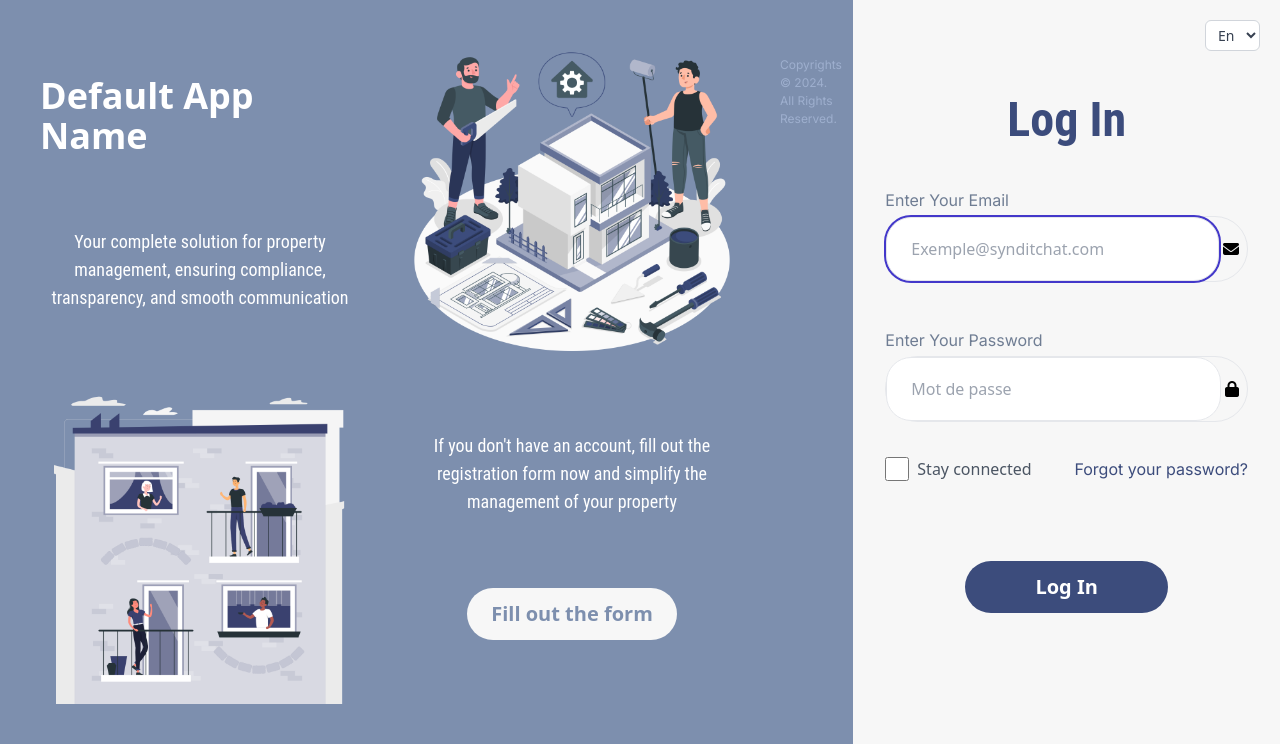
Repository: idir2023/Syndicat-amine
Page: http://localhost/
An editor plug-in stored every save of this project. The page is shown before and after the next save, followed by the edit.
The browser window is 1280 px wide. The pictures show the whole page.
Some web libraries are served in a nearby version. The page is served by the project's Laravel application, run on PHP 8.4 with Laravel 12. Queries for data that is not in the repository find no rows.

Above is the page before, as saved 2024-10-13 11:28:08.

After the next save:
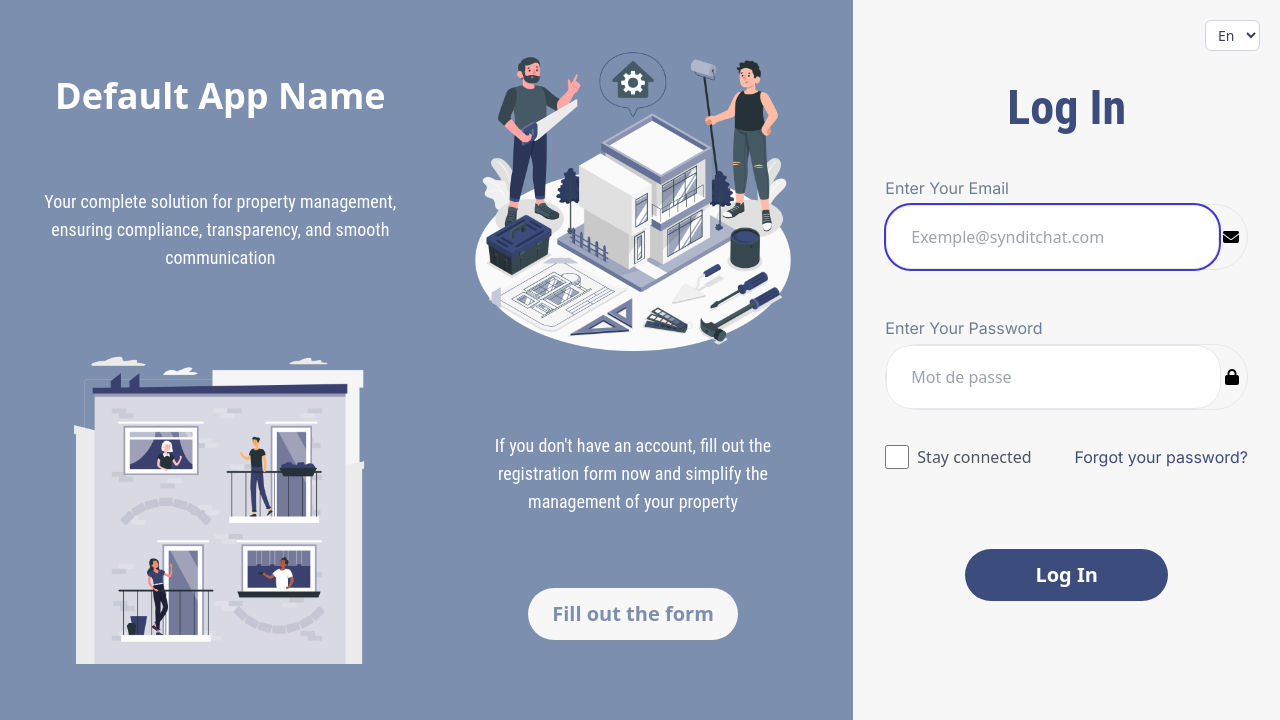
Saved 3 min 25 s later.
--- a/resources/views/auth/connect.blade.php
+++ b/resources/views/auth/connect.blade.php
@@ -52,47 +52,7 @@
                     <a href="{{ route('formRegister') }}"> {{ __('Remplir le formulaire') }}</a>
                 </button>
             </div>
-            <div class="w-full flex flex-row justify-between mt-6">
-                <div class="m-4 inline-block break-words font-['Inter'] font-normal text-[12px] text-[#9EAFCE]">
-                    @if(!empty($appParameters->copyright))
-                        Copyrights © {{ $appParameters->copyright }}. All Rights Reserved.
-                    @else
-                        Copyrights © {{ date('Y') }}. All Rights Reserved.
-                    @endif
 
-
-                </div>
-                <div class="flex flex-row box-sizing-border">
-                    @if(!empty($appParameters->facebook_link))
-                        <a href="{{ $appParameters->facebook_link }}"
-                            class="rounded-[15px] bg-[#9EAFCE] relative m-[0_20px_0_0] flex p-[7px] w-[30px] h-[30px] box-sizing-border">
-                            <i class="fa-brands fa-facebook text-white"></i>
-                        </a>
-                    @endif
-
-                    @if(!empty($appParameters->instagram_link))
-                        <a href="{{ $appParameters->instagram_link }}"
-                            class="rounded-[15px] bg-[#9EAFCE] relative m-[0_20px_0_0] flex p-[7px] w-[30px] h-[30px] box-sizing-border">
-                            <i class="fa-brands fa-instagram text-white"></i>
-                        </a>
-                    @endif
-
-                    @if(!empty($appParameters->linkedin_link))
-                        <a href="{{ $appParameters->linkedin_link }}"
-                            class="rounded-[15px] bg-[#9EAFCE] relative m-[0_20px_0_0] flex p-[7px] w-[30px] h-[30px] box-sizing-border">
-                            <i class="fa-brands fa-linkedin text-white"></i>
-                        </a>
-                    @endif
-
-                    @if(!empty($appParameters->twitter_link))
-                        <a href="{{ $appParameters->twitter_link }}"
-                            class="rounded-[15px] bg-[#9EAFCE] relative m-[0_20px_0_0] flex p-[7px] w-[30px] h-[30px] box-sizing-border">
-                            <i class="fa-brands fa-twitter text-white"></i>
-                        </a>
-                    @endif
-                </div>
-
-            </div>
         </div>
 
 
